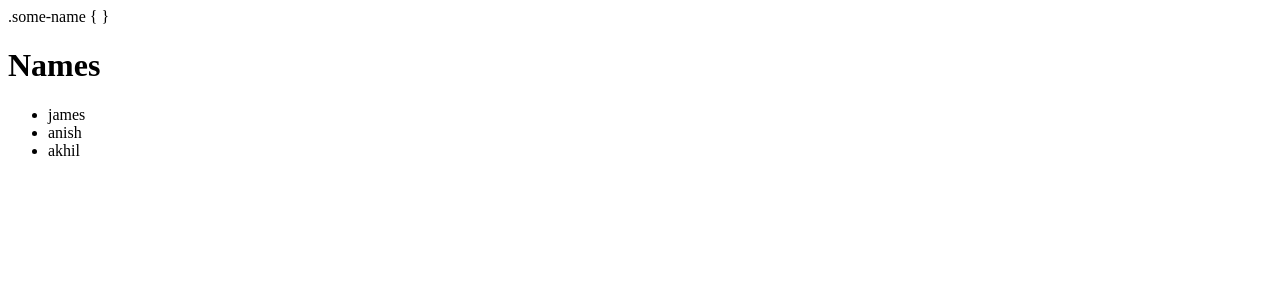
Repository: anish9914/phpprojectgh
Page: http://localhost/names.php
The author's editor kept a copy of each file at every save. The page is drawn from the files as they stood at one save, then again after a run of saves.
The browser window is 1280 px wide. The pictures show the whole page.
The page is run by PHP 8.4 with error messages shown; the project is at /var/www/html/.

Above is the page before, as saved 2022-12-14 12:33:27.

### names.php
<?php
$name = ['james', 'anish', 'akhil'];
?>
<!DOCTYPE html>
<html lang="en">

<head>
    <meta charset="UTF-8">
    <meta http-equiv="X-UA-Compatible" content="IE=edge">
    <meta name="viewport" content="width=device-width, initial-scale=1.0">
    <title>Document</title>
     .some-name {

     }
</head>
<body class="">
    <h1>Names</h1>
    <ul class="<?">
        <?php foreach ($name as $name) { ?>
            <li><?= $name ?></li>
        <?php } ?>
    </ul>

</body>

</html>

After the next 2 saves:
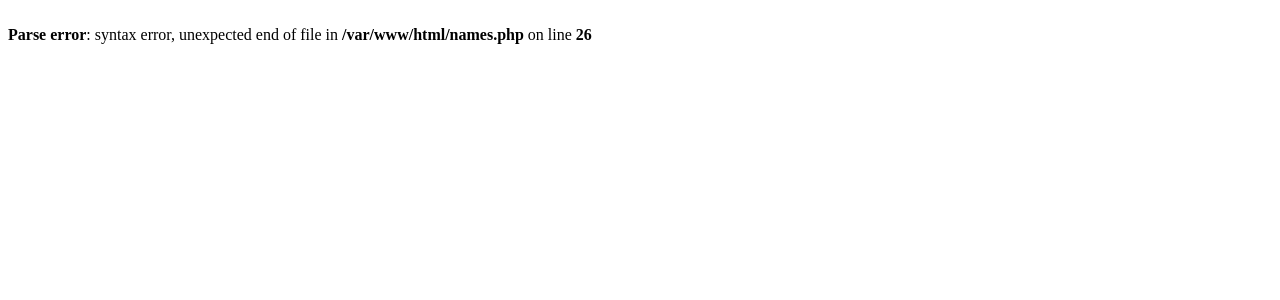
The 2 saves are shown as one change because they came seconds apart.
The last was saved 6 s later.
--- a/names.php
+++ b/names.php
@@ -15,7 +15,7 @@
 </head>
 <body class="">
     <h1>Names</h1>
-    <ul class="<?">
+    <ul class="<?= ">
         <?php foreach ($name as $name) { ?>
             <li><?= $name ?></li>
         <?php } ?>
